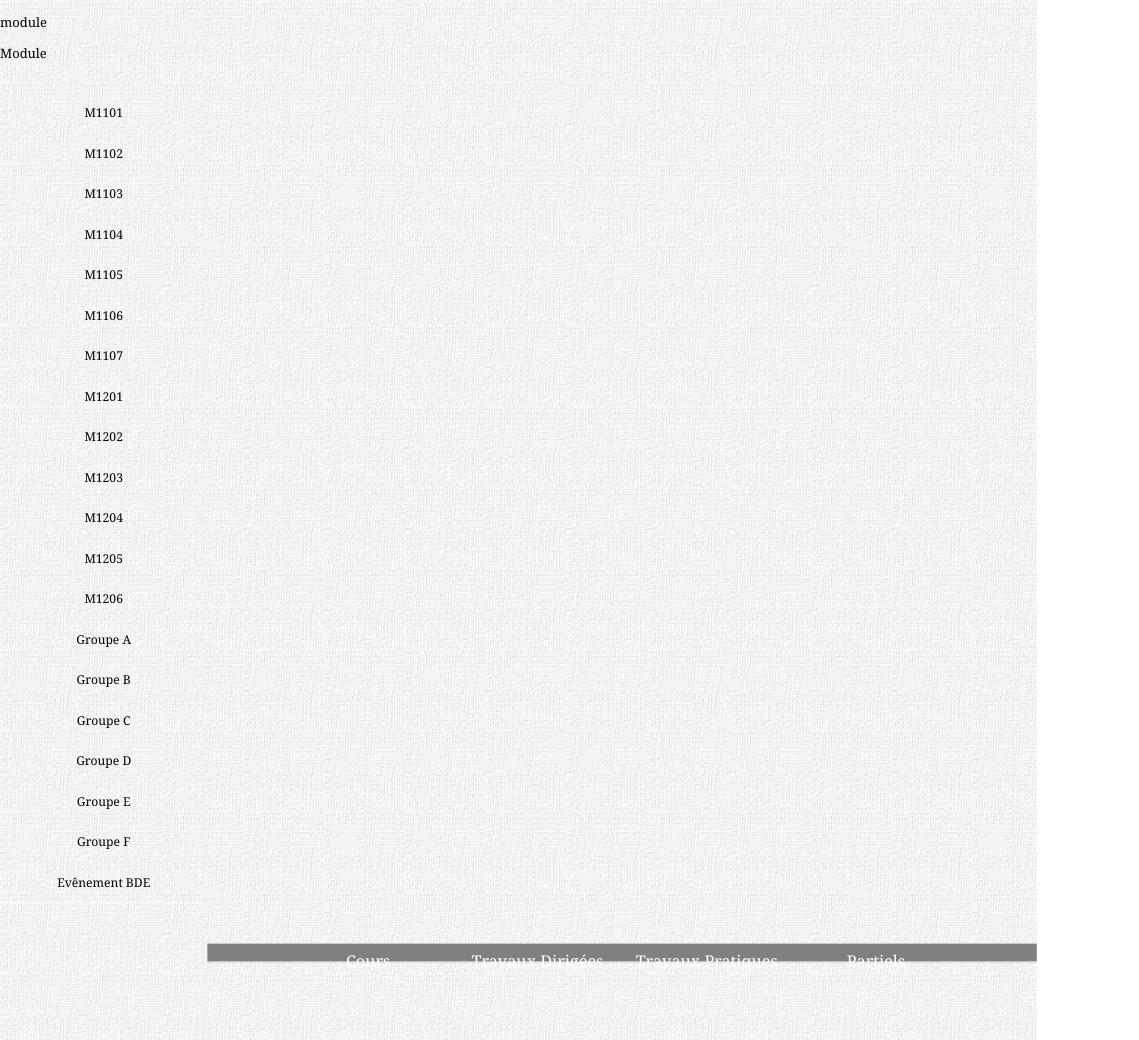
Repository: ValentinArg/PETUT
Page: http://localhost/PETUT/WEB-INF/jsp/eleve/semestre1.jsp
These files come from the project's save history. The page is drawn as it stood at one moment and after the next save; the edit follows.
The browser window is 1280 px wide. The page is 1280 px wide, then 1406 px, so the pictures cover 1406 px, including what lies to the right of the window. The pictures show the whole page, at 81% of full size.
After loading, the first visible `#boutonHautBas` was clicked once.
Some web libraries are served in a nearby version. The page is served by Tomcat 9. Nobody is signed in. The template is opened directly, without the code that normally fills it, so the values that code supplies are empty.

Above is the page before, as saved 2016-10-02 10:01:02.

After the next save:
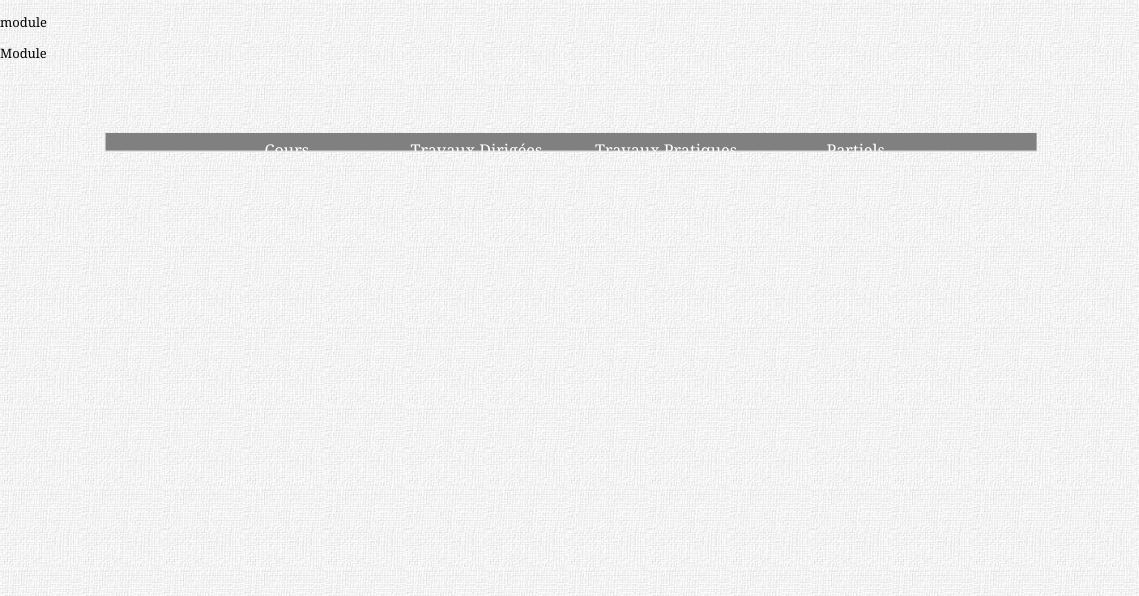
Saved 9 s later.
--- a/PETUT/WebContent/WEB-INF/jsp/eleve/semestre1.jsp
+++ b/PETUT/WebContent/WEB-INF/jsp/eleve/semestre1.jsp
@@ -57,7 +57,7 @@
 				if($('#navigation').is(':animated')){
 					checkAnimate();
 				}else{
-					$('#conteneurGeneral').animate({ "left": "-=20%","width": "+=20%" }, 1000 );
+
 				}
 
 				//$('#conteneurGeneral').animate({ "width": "+=20%" }, 1000 );
@@ -75,7 +75,7 @@
                     checkAnimate();
                 }, 0 );
             }else{
-            	slideUp();
+            	$('#conteneurGeneral').animate({ "left": "-=20%","width": "+=20%" }, 1000 );
             }
         }
 
